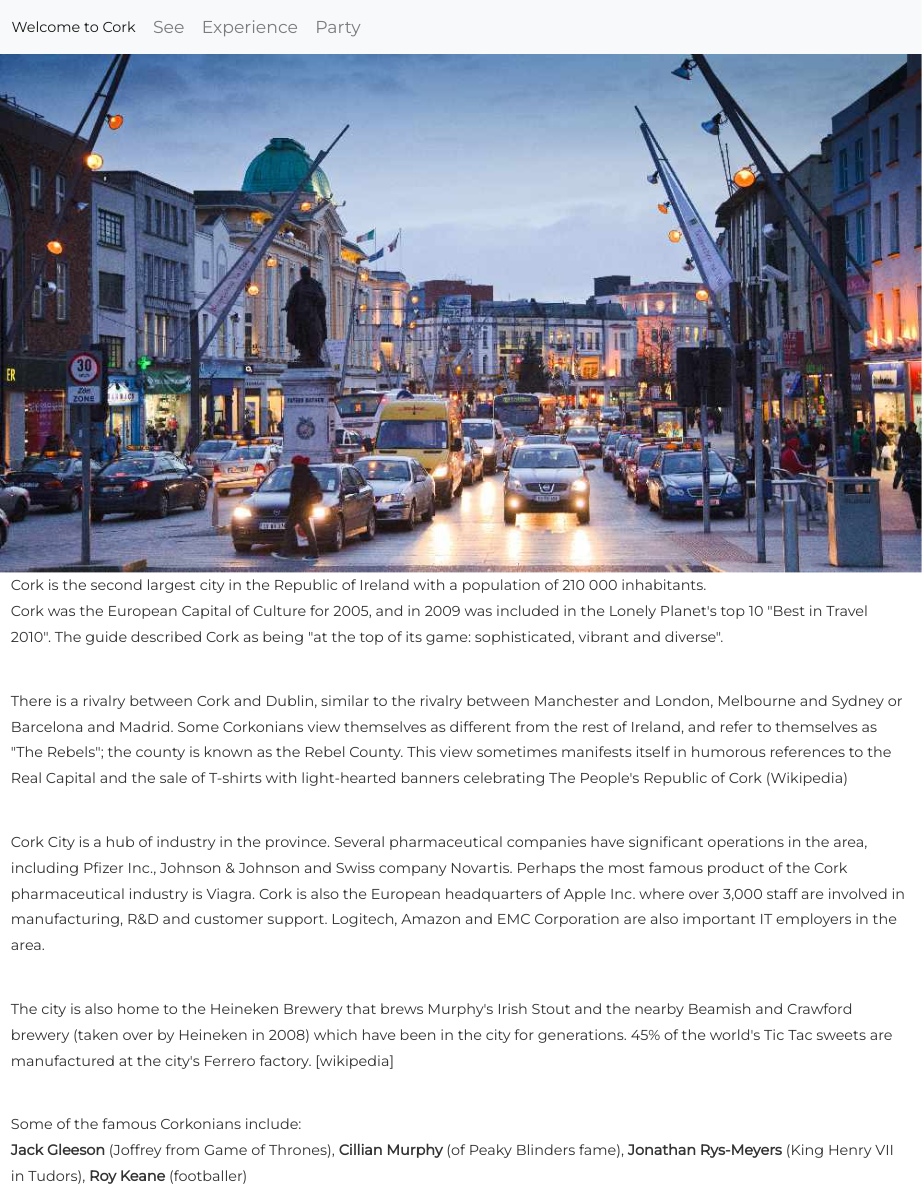
Repository: Maja-Jer/Welcome-to-Cork
Page: index.html
The author's editor kept a record of every edit. The page is drawn from the files as they stood at one moment, then again after the next edit.
The browser window is 1280 px wide. The pictures show the whole page, at 72% of full size.
Some web libraries are served in a nearby version.

Above is the page before.
Console error: TypeError: Cannot read properties of undefined (reading 'fn')

### index.html
<!DOCTYPE html>
<html lang="en">

<head>
    <meta charset="UTF-8">
    <meta name="viewport" content="width=device-width, initial-scale=1">
    <meta http-equiv="X-UA-Compatible" content="ie=edge">
   <link rel="stylesheet" href="https://stackpath.bootstrapcdn.com/bootstrap/4.3.1/css/bootstrap.min.css" integrity="sha384-ggOyR0iXCbMQv3Xipma34MD+dH/1fQ784/j6cY/iJTQUOhcWr7x9JvoRxT2MZw1T" crossorigin="anonymous">
<script src="https://stackpath.bootstrapcdn.com/bootstrap/4.3.1/js/bootstrap.min.js" integrity="sha384-JjSmVgyd0p3pXB1rRibZUAYoIIy6OrQ6VrjIEaFf/nJGzIxFDsf4x0xIM+B07jRM" crossorigin="anonymous"></script>
    <link rel="stylesheet" href="https://use.fontawesome.com/releases/v5.6.1/css/all.css" integrity="sha384-gfdkjb5BdAXd+lj+gudLWI+BXq4IuLW5IT+brZEZsLFm++aCMlF1V92rMkPaX4PP" crossorigin="anonymous">
    <link href="https://fonts.googleapis.com/css?family=Montserrat" rel="stylesheet">
    <link rel="stylesheet" href="assets/style.css" type="text/css" />
    <title>Welcome to Cork, the REAL capital of Ireland</title>
</head>

<body>

    <!---------------Navgation-------->
    <nav class="navbar navbar-light bg-light navbar-expand-sm">
        <a href="/" class="navbar-brand">Welcome to Cork</a>

        <!---------------Dropdown menu-------->
        <button class="navbar-toggler ml-auto" type="button" data-toggle="collapse" data-target="#navbarNavDropdown" aria-controls="navbarNavDropdown" aria-expanded="false" aria-label="Toggle navigation">
        <span class="navbar-toggler-icon"></span></button>

        <div class="collapse navbar-collapse" id="navbarNavDropdown">
            <ul class="navbar-nav mr-auto">
                <li class="nav-item mr-2"><a class="nav-link" href="#see">See</a></li>
                <li class="nav-item mr-2"><a class="nav-link" href="#experience">Experience</a></li>
                <li class="nav-item mr-2"><a class="nav-link" href="#party">Party</a></li>

            </ul>
        </div>

    </nav>

  <!--------------- Main photo -------->
    <div class="main-container">
    <div class="container-main-photo">
        <img src="assets/photos/patrick_street.jpg" alt="Cork City" width=100%>
    </div>




        <!--------------- About Cork -------->

        <div class="container-fluid" id="container-about-cork">
            Cork is the second largest city in the Republic of Ireland with a population of 210 000 inhabitants.
            <br>
            <p>Cork was the European Capital of Culture for 2005, and in 2009 was included in the Lonely Planet's top 10 "Best in Travel 2010". The guide described Cork as being "at the top of its game: sophisticated, vibrant and diverse".
            </p>
            <br>
            <p>There is a rivalry between Cork and Dublin, similar to the rivalry between Manchester and London, Melbourne and Sydney or Barcelona and Madrid. Some Corkonians view themselves as different from the rest of Ireland, and refer to themselves
                as "The Rebels"; the county is known as the Rebel County. This view sometimes manifests itself in humorous references to the Real Capital and the sale of T-shirts with light-hearted banners celebrating The People's Republic of Cork (Wikipedia)
            </p>
            <br>
            <p>Cork City is a hub of industry in the province. Several pharmaceutical companies have significant operations in the area, including Pfizer Inc., Johnson & Johnson and Swiss company Novartis. Perhaps the most famous product of the Cork pharmaceutical
                industry is Viagra. Cork is also the European headquarters of Apple Inc. where over 3,000 staff are involved in manufacturing, R&D and customer support. Logitech, Amazon and EMC Corporation are also important IT employers in the area.
            </p>
            <br>
            <p>The city is also home to the Heineken Brewery that brews Murphy's Irish Stout and the nearby Beamish and Crawford brewery (taken over by Heineken in 2008) which have been in the city for generations. 45% of the world's Tic Tac sweets are manufactured
                at the city's Ferrero factory. [wikipedia]
            </p>
            <br>
            <p>Some of the famous Corkonians include: <br><strong>Jack Gleeson</strong> (Joffrey from Game of Thrones), <strong>Cillian Murphy</strong> (of Peaky Blinders fame), <strong>Jonathan Rys-Meyers</strong> (King Henry VII in Tudors), <strong>Roy Keane</strong>                (footballer)
            </p>
            </p>


            <script src="https://code.jquery.com/jquery-3.3.1.slim.min.js" integrity="sha384-q8i/X+965DzO0rT7abK41JStQIAqVgRVzpbzo5smXKp4YfRvH+8abtTE1Pi6jizo" crossorigin="anonymous"></script>
            <script src="https://cdnjs.cloudflare.com/ajax/libs/popper.js/1.14.7/umd/popper.min.js" integrity="sha384-UO2eT0CpHqdSJQ6hJty5KVphtPhzWj9WO1clHTMGa3JDZwrnQq4sF86dIHNDz0W1" crossorigin="anonymous"></script>

        </div>
    </main>
    <script src="https://stackpath.bootstrapcdn.com/bootstrap/4.3.1/js/bootstrap.min.js" integrity="sha384-JjSmVgyd0p3pXB1rRibZUAYoIIy6OrQ6VrjIEaFf/nJGzIxFDsf4x0xIM+B07jRM" crossorigin="anonymous"></script>
</body>

</html>

### assets/style.css
/*----------------------- header*/

head {
  font-family: 'Roboto', sans-serif;
}

body {
  font: 20px Montserrat, sans-serif;
  line-height: 1.8;
  color: #333;


}

/*----------------------navigation bar*/

ul {
  list-style-type: none;
  margin: 0;
  padding: 0;
  overflow: hidden;
  font-weight: normal;
  font-size: 24px;
}

li {
  float: left;
}

navbar-brand {
  color: black;
}

li a {
  display: block;
  color: white;
  text-align: center;
  padding: 14px 16px;
  text-decoration: none;

}

li a:hover {
  background-color: #9FA8DA;
  color: white;
  text-decoration: none;
  font-weight: bold;
}

/*---------------------end of navigation bar*/

.main-container {


}
.container-main-photo {
  max-height: 300px
  max-width: 80%;

}

/* ---------------------------------- Article*/
.article {
  position: relative;
  vertical-align: top;
  background-color: #fff
  margin-bottom: 1em;
  max-width: 830px;
  padding: 2em 0 0 0;
  text-align: left;

.site-photo {
  position: relative;
  text-align: center;
  margin-bottom: 1.6em;
}

.site-description {
  margin: 2em 5% 2em 5%;
  font-size: 1.1em;
  line-height: 1.7;
  color: #333;
}


/* ---------------------------------- Container*/


#container-about-cork {
  font-size: 16px;
  margin: 25px 50px 75px;


}
@media screen and (min-width: 600px) {
#container-about-cork {
  font-size: 18px;
  margin: 25px 20px 75px 20px;
  }
}
@media screen and (max-width: 600px) {
#container-about-cork {
  font-size: 14px;
  margin: 25px 10px 75px 20px;
  }
}

.container-main-photo {
  max-height: 730px;
  max-width: 1160px;
  padding: 30px;
}






/*---------------------footer*/

.p-3 {
    padding: 1rem!important;
}

.mt-5, .my-5 {
    margin-top: 3rem!important;

}

.bg-secondary {
    background-color: #6c757d!important;
}

.container-fluid {
  width: 100%;
  padding-right: 15px;
  padding-left: 15px;
  margin-right: auto;
  margin-left: auto;
}

.text-white {
    color: #fff!important;
    text-align: center;
}

After the next edit:
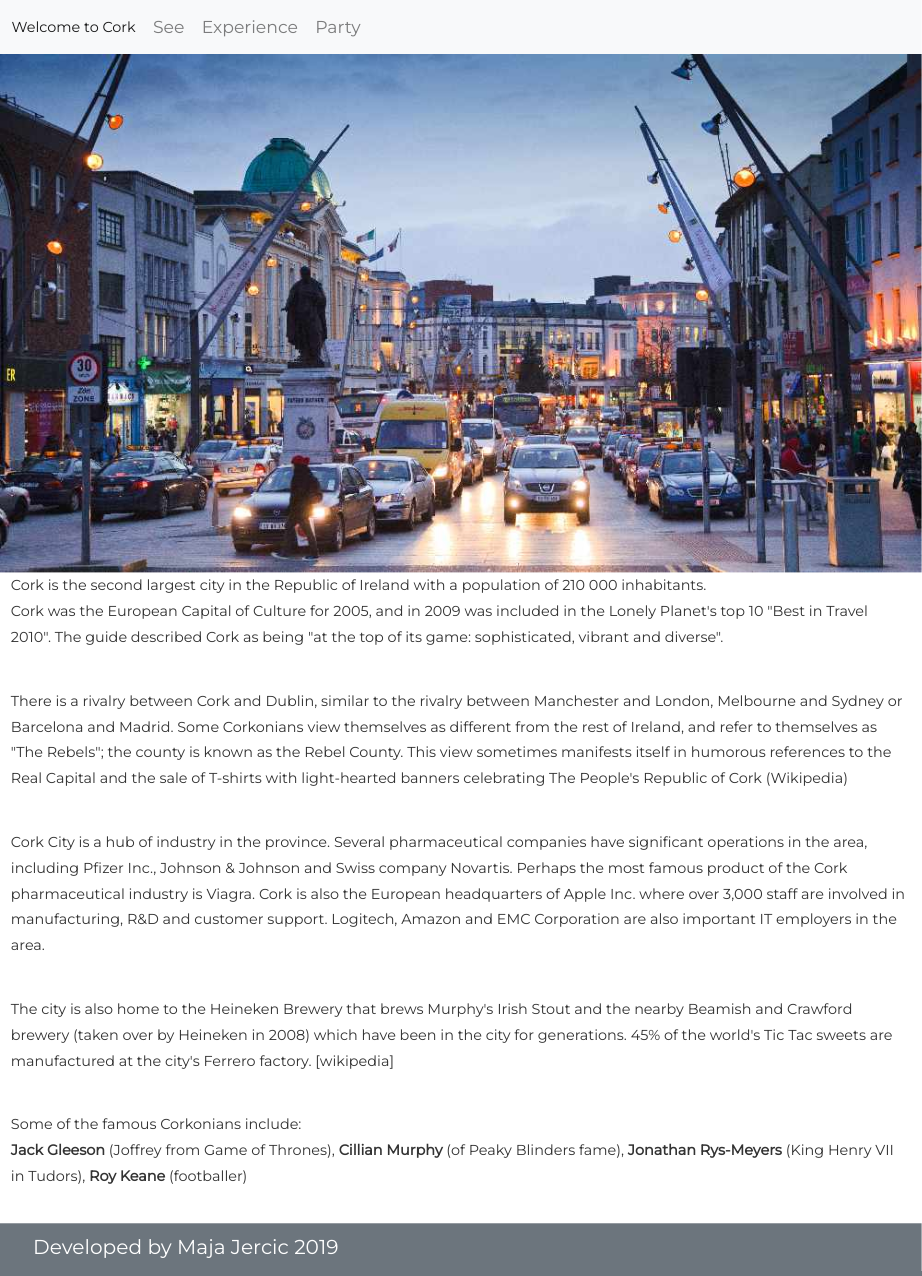
The edit:
--- a/index.html
+++ b/index.html
@@ -76,4 +76,14 @@
     <script src="https://stackpath.bootstrapcdn.com/bootstrap/4.3.1/js/bootstrap.min.js" integrity="sha384-JjSmVgyd0p3pXB1rRibZUAYoIIy6OrQ6VrjIEaFf/nJGzIxFDsf4x0xIM+B07jRM" crossorigin="anonymous"></script>
 </body>
 
+
+ <footer class="bg-secondary mt-5 p-3">
+        <div class="container-fluid">
+            <div class="col-12 text-white">
+                <h3>Developed by Maja Jercic 2019</h3>
+            </div>
+        </div>
+
+    </footer>
+
 </html>
